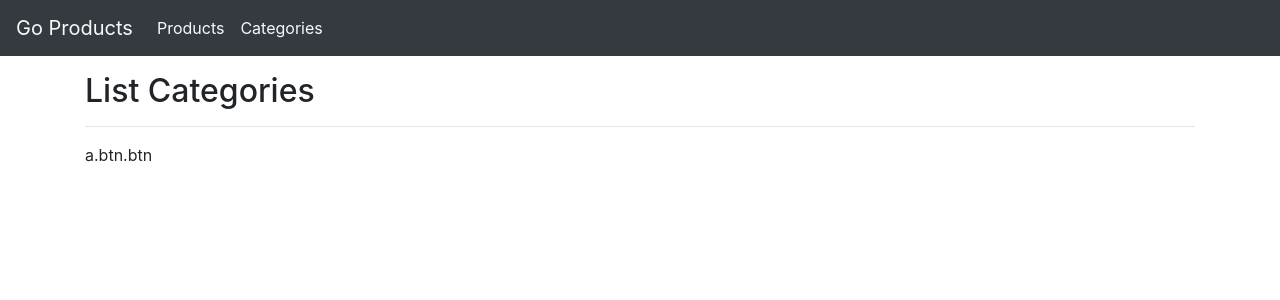
Repository: Nouthemoran/go-web-native-crud
Page: views/category/index.html
An editor plug-in stored every save of this project. The page is shown before and after the next save, followed by the edit.
The browser window is 1280 px wide. The pictures show the whole page.

Above is the page before, as saved 2023-10-04 15:36:53.

### views/category/index.html
<!doctype html>
<html lang="en">
  <head>
    <!-- Required meta tags -->
    <meta charset="utf-8">
    <meta name="viewport" content="width=device-width, initial-scale=1, shrink-to-fit=no">

    <!-- Bootstrap CSS -->
    <link rel="stylesheet" href="https://cdn.jsdelivr.net/npm/bootstrap@4.3.1/dist/css/bootstrap.min.css" integrity="sha384-ggOyR0iXCbMQv3Xipma34MD+dH/1fQ784/j6cY/iJTQUOhcWr7x9JvoRxT2MZw1T" crossorigin="anonymous">

    <title>golang project</title>
  </head>
  <body>
    <!-- Navbar -->
    <nav class="navbar navbar-expand-lg bg-dark">
        <a class="navbar-brand text-light" href="#">Go Products</a>
        <button class="navbar-toggler" type="button" data-toggle="collapse" data-target="#navbarNav" aria-controls="navbarNav" aria-expanded="false" aria-label="Toggle navigation">
          <span class="navbar-toggler-icon"></span>
        </button>
        <div class="collapse navbar-collapse" id="navbarNav">
          <ul class="navbar-nav ms-auto">
            <li class="nav-item active">
              <a class="nav-link text-light" href="/products">Products<span class="sr-only">(current)</span></a>
            </li>
            <li class="nav-item">
              <a class="nav-link text-light" href="/categories">Categories</a>
            </li>
          </ul>
        </div>
      </nav>
    <!-- End of Navbar -->

    <div class="container mt-3">
        <h2>List Categories</h2>
        <hr>
        a.btn.btn

    </div>

    <!-- Optional JavaScript -->
    <!-- jQuery first, then Popper.js, then Bootstrap JS -->
    <script src="https://code.jquery.com/jquery-3.3.1.slim.min.js" integrity="sha384-q8i/X+965DzO0rT7abK41JStQIAqVgRVzpbzo5smXKp4YfRvH+8abtTE1Pi6jizo" crossorigin="anonymous"></script>
    <script src="https://cdn.jsdelivr.net/npm/popper.js@1.14.7/dist/umd/popper.min.js" integrity="sha384-UO2eT0CpHqdSJQ6hJty5KVphtPhzWj9WO1clHTMGa3JDZwrnQq4sF86dIHNDz0W1" crossorigin="anonymous"></script>
    <script src="https://cdn.jsdelivr.net/npm/bootstrap@4.3.1/dist/js/bootstrap.min.js" integrity="sha384-JjSmVgyd0p3pXB1rRibZUAYoIIy6OrQ6VrjIEaFf/nJGzIxFDsf4x0xIM+B07jRM" crossorigin="anonymous"></script>
  </body>
</html>

After the next save:
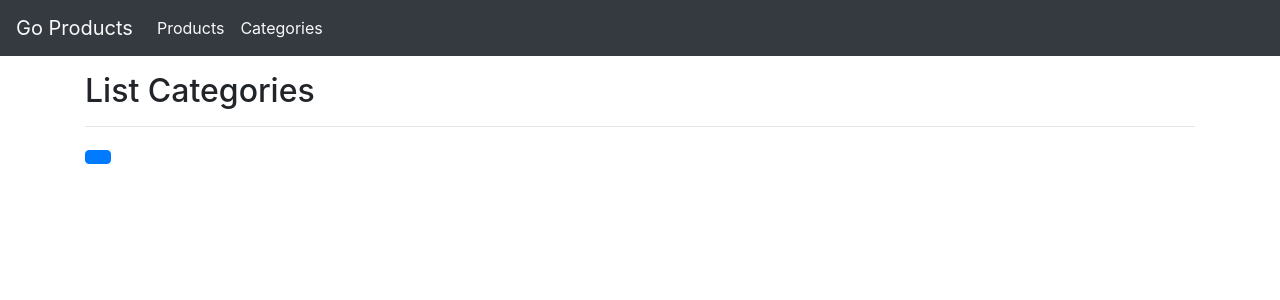
Saved 5 s later.
--- a/views/category/index.html
+++ b/views/category/index.html
@@ -33,7 +33,7 @@
     <div class="container mt-3">
         <h2>List Categories</h2>
         <hr>
-        a.btn.btn
+        <a href="" class="btn btn-primary"></a>
 
     </div>
 
